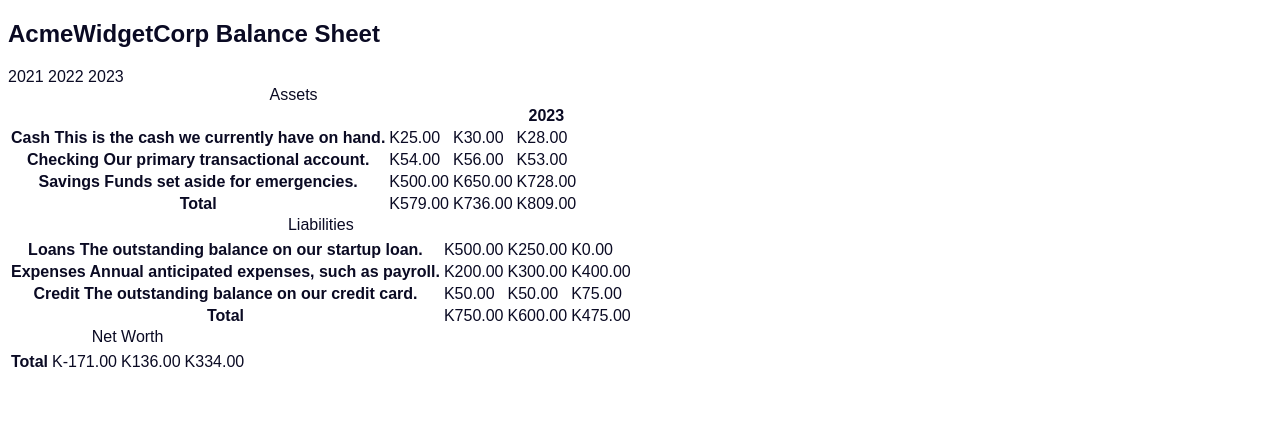
Repository: Lungdjos/balance_shee
Page: index.html
These files come from the project's save history. The page is drawn as it stood at one moment and after the next save; the edit follows.
The browser window is 1280 px wide. The pictures show the whole page.

Above is the page before, as saved 2023-10-31 17:32:16.

After the next save:
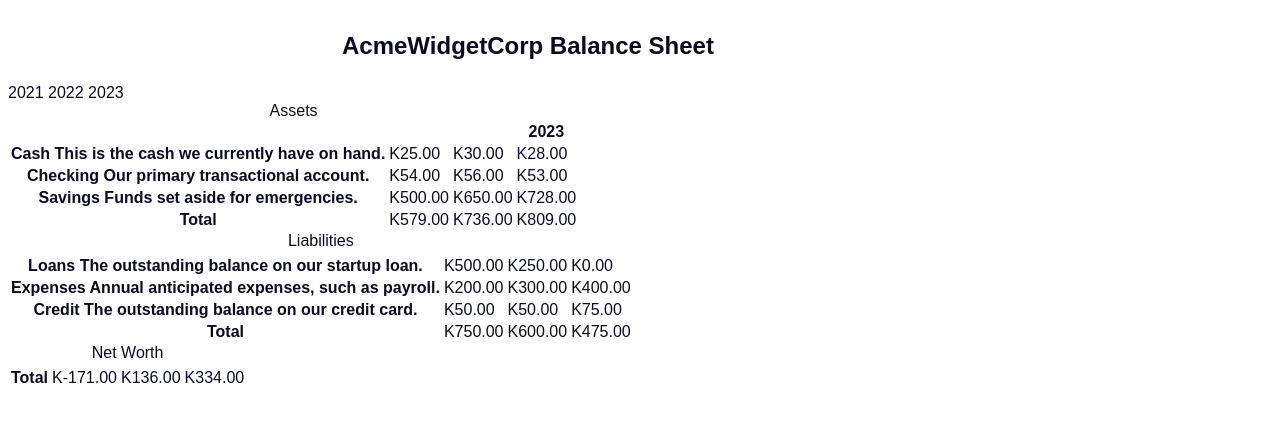
Saved 4 s later.
--- a/styles.css
+++ b/styles.css
@@ -24,3 +24,9 @@ span[class~="sr-only"] {
 
 
 /* table styling */
+
+h1 {
+    max-width: 37.25rem;
+    margin: 0 auto;
+    padding: 1.5rem 1.25rem;
+}
